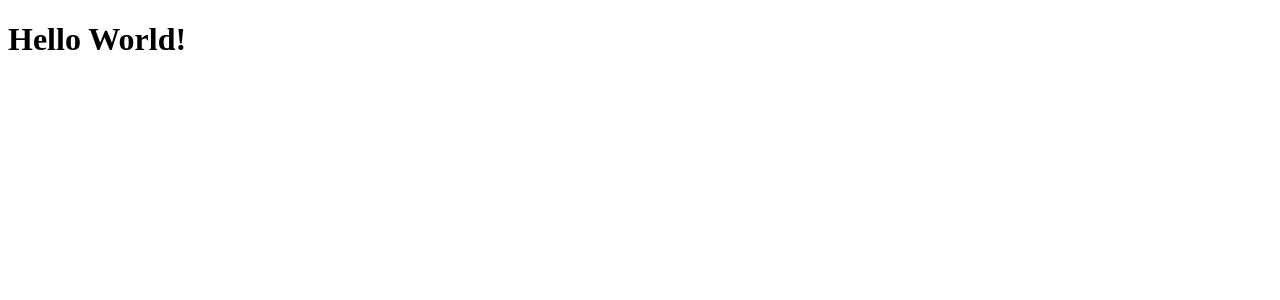
Repository: AnirudhHanda/Servlets
Page: MyApp/src/main/webapp/index.html
The author's editor kept a copy of each file at every save. The page is drawn from the files as they stood at one save, then again after the next save.
The browser window is 1280 px wide. The pictures show the whole page.

Above is the page before, as saved 2024-04-19 10:57:25.

### MyApp/src/main/webapp/index.html
<!DOCTYPE html>
<html>
<head>
<meta charset="UTF-8">
<title>MyApp Title</title>
</head>
<body>
	<h1>Hello World!</h1>
</body>
</html>

After the next save:
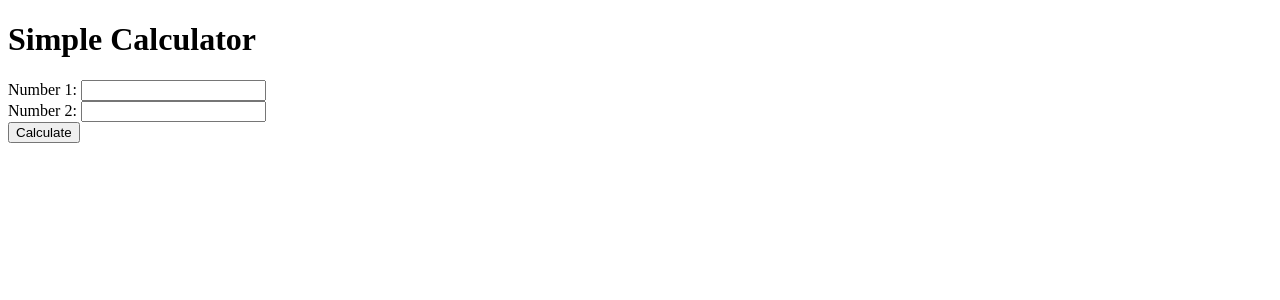
Not found: MyApp/src/main/webapp/script.js
Not found: MyApp/src/main/webapp/styles.css
Saved 17 h 5 min later.
--- a/MyApp/src/main/webapp/index.html
+++ b/MyApp/src/main/webapp/index.html
@@ -1,10 +1,28 @@
 <!DOCTYPE html>
-<html>
+<html lang="en">
 <head>
-<meta charset="UTF-8">
-<title>MyApp Title</title>
+    <meta charset="UTF-8">
+    <meta name="viewport" content="width=device-width, initial-scale=1.0">
+    <title>Simple Calculator</title>
+    <link rel="stylesheet" href="styles.css">
 </head>
 <body>
-	<h1>Hello World!</h1>
+    <div class="container">
+        <h1>Simple Calculator</h1>
+        <form id="calculator-form">
+            <div class="form-group">
+                <label for="num1">Number 1:</label>
+                <input type="number" id="num1" name="num1" required>
+            </div>
+            <div class="form-group">
+                <label for="num2">Number 2:</label>
+                <input type="number" id="num2" name="num2" required>
+            </div>
+            <button type="submit">Calculate</button>
+        </form>
+        <div id="result"></div>
+    </div>
+
+    <script src="script.js"></script>
 </body>
 </html>
